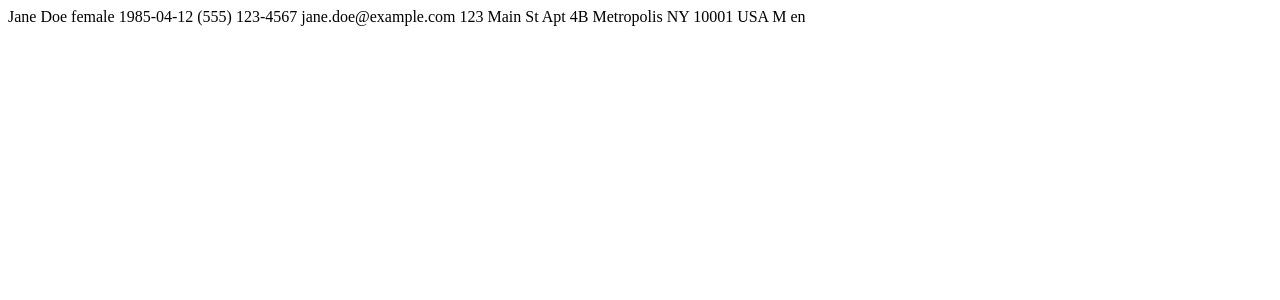
Repository: Laniz/Mapping-project
Page: http://localhost/Best Notes/public/index.php
An editor plug-in stored every save of this project. The page is shown before and after the next save, followed by the edit.
The browser window is 1280 px wide. The pictures show the whole page.
The page is run by PHP 8.4 with error messages shown; the project is at /var/www/html/.

Above is the page before, as saved 2025-06-30 22:33:18.

After the next save:
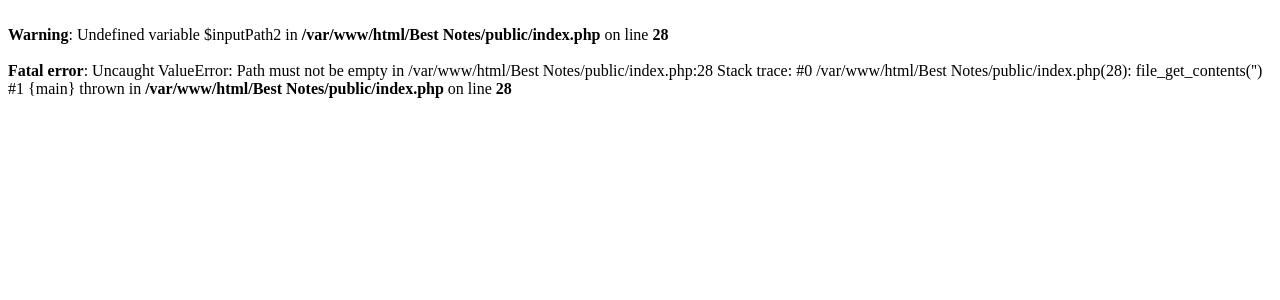
Saved 25 s later.
--- a/Best Notes/public/index.php
+++ b/Best Notes/public/index.php
@@ -9,9 +9,9 @@ use App\Mapping\ClaimMapper;
 
 // Initialize all mappers
 $patientMapper = new PatientMapper();
-// $coverageMapper = new CoverageMapper();
-// $encounterMapper = new EncounterMapper();
-// $claimMapper = new ClaimMapper();
+$coverageMapper = new CoverageMapper();
+$encounterMapper = new EncounterMapper();
+$claimMapper = new ClaimMapper();
 
 // Create new XML document
 $doc = new DOMDocument('1.0', 'UTF-8');
@@ -25,31 +25,31 @@ $inputPath = __DIR__ . '/../FHIR-Patient-Full.json';
 
 // Load files
 $json = file_get_contents($inputPath);
-// $json2 = file_get_contents($inputPath2);
-// $json3 = file_get_contents($inputPath3);
-// $json4 = file_get_contents($inputPath4);
+$json2 = file_get_contents($inputPath2);
+$json3 = file_get_contents($inputPath3);
+$json4 = file_get_contents($inputPath4);
 
 // Decode JSON into PHP arrays
 $data = json_decode($json, true);
-// $data2 = json_decode($json2, true);
-// $data3 = json_decode($json3, true);
-// $data4 = json_decode($json4, true);
+$data2 = json_decode($json2, true);
+$data3 = json_decode($json3, true);
+$data4 = json_decode($json4, true);
 
 // Create root XML element
 $root = $doc->createElement("AllMaps");
 
 // Validate input files
-// foreach (['Patient' => $data, 'Coverage' => $data2, 'Encounter' => $data3, 'Claim' => $data4] as $type => $resource) {
-//     if (!is_array($resource) || !isset($resource['resourceType'])) {
-//         die("Invalid FHIR input for $type: missing or malformed 'resourceType'\n");
-//     }
-// }
+foreach (['Patient' => $data, 'Coverage' => $data2, 'Encounter' => $data3, 'Claim' => $data4] as $type => $resource) {
+    if (!is_array($resource) || !isset($resource['resourceType'])) {
+        die("Invalid FHIR input for $type: missing or malformed 'resourceType'\n");
+    }
+}
 
 // Map and append all resources
 $root->appendChild($patientMapper->map($data, $doc));
-// $root->appendChild($coverageMapper->map($data2, $doc));
-// $root->appendChild($encounterMapper->map($data3, $doc));
-// $root->appendChild($claimMapper->map($data4, $doc));
+$root->appendChild($coverageMapper->map($data2, $doc));
+$root->appendChild($encounterMapper->map($data3, $doc));
+$root->appendChild($claimMapper->map($data4, $doc));
 
 // Output final XML
 $doc->appendChild($root);

After the save that followed:
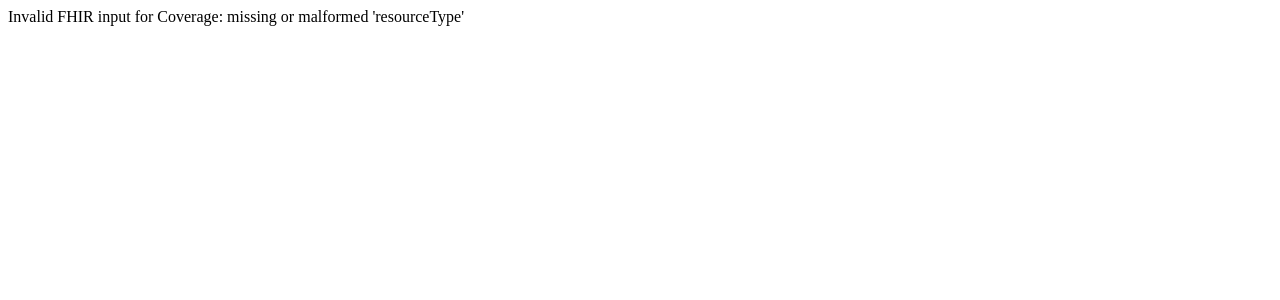
Saved 4 s later.
--- a/Best Notes/public/index.php
+++ b/Best Notes/public/index.php
@@ -19,9 +19,9 @@ $doc->formatOutput = true;
 
 // Input paths
 $inputPath = __DIR__ . '/../FHIR-Patient-Full.json';
-// $inputPath2 = __DIR__ . '/../coverage_mapping.json';
-// $inputPath3 = __DIR__ . '/../Encounter-example.json';
-// $inputPath4 = __DIR__ . '/../FHIR-CLAIM.json';
+$inputPath2 = __DIR__ . '/../coverage_mapping.json';
+$inputPath3 = __DIR__ . '/../Encounter-example.json';
+$inputPath4 = __DIR__ . '/../FHIR-CLAIM.json';
 
 // Load files
 $json = file_get_contents($inputPath);
